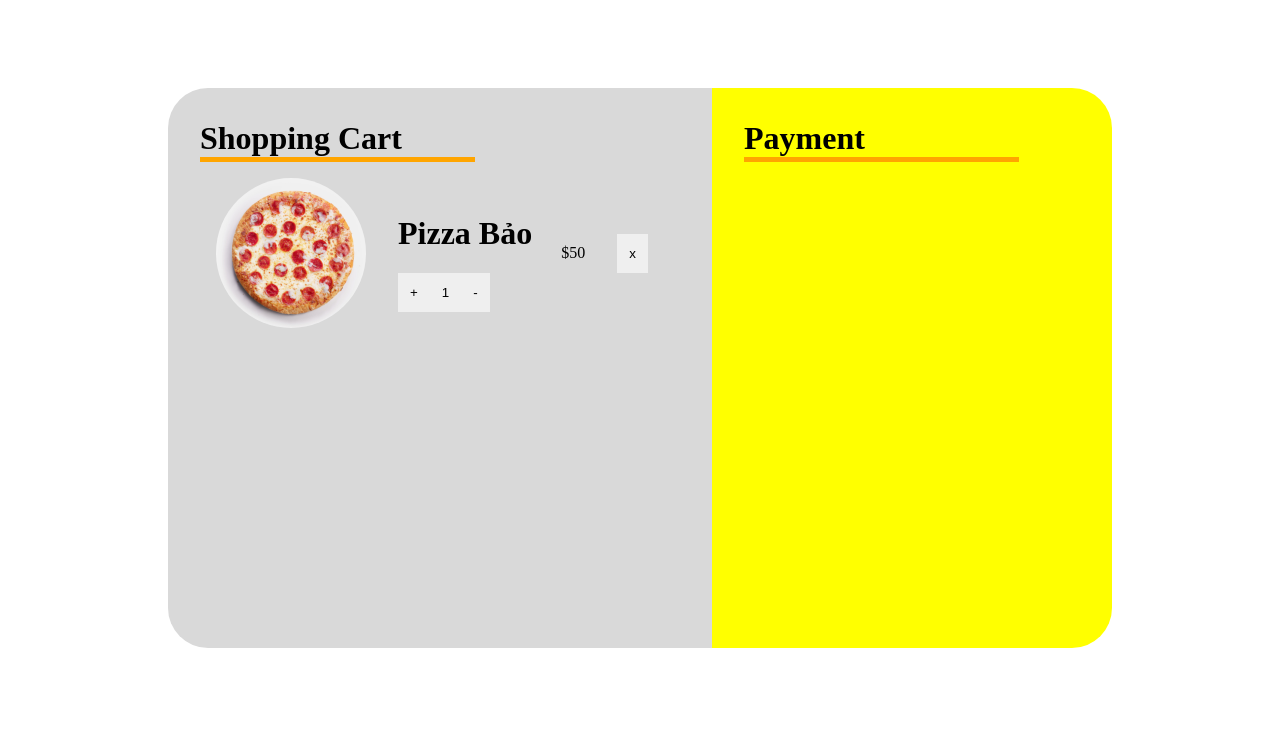
Repository: NDBaoFE/pizza-ordering-hiep
Page: /checkout
These files come from the project's save history. The page is drawn as it stood at one moment and after the next save; the edit follows.
The browser window is 1280 px wide. The pictures show the whole page.
The project was rebuilt for these pictures with package versions that can differ from the ones it lists, and the page was loaded fresh each time.

Above is the page before, as saved 2022-08-27 22:14:46.

### public/index.html
<!DOCTYPE html>
<html lang="en">
  <head>
    <meta charset="utf-8" />
    <link rel="icon" href="%PUBLIC_URL%/avatar.png" />
    <meta name="viewport" content="width=device-width, initial-scale=1" />
    <meta name="theme-color" content="#000000" />
    <link rel="apple-touch-icon" href="%PUBLIC_URL%/avatar.png" />
    <title>Pizza Ordering</title>
  </head>
  <body>
    <noscript>You need to enable JavaScript to run this app.</noscript>
    <div id="root"></div>
  </body>
</html>

### src/App.js
import RouterComponent from './router'

function App() {
  return <>{RouterComponent}</>
}

export default App

### src/router/index.js
import { BrowserRouter, Routes, Route } from 'react-router-dom'
import Checkout from '../pages/Checkout'

const privateRoutes = [{ name: 'checkout', path: '/checkout', element: <Checkout /> }]

const RouterComponent = (
  <BrowserRouter>
    <Routes>
      {privateRoutes.map((route) => (
        <Route key={route.name} path={route.path} element={route.element} />
      ))}
    </Routes>
  </BrowserRouter>
)

export default RouterComponent

### src/pages/Checkout/index.jsx
import React from 'react'
import * as Styled from './Checkout.styled'
import pizza from '../../assets/pizza.jpg'

const Checkout = (props) => {
  return (
    <Styled.Background>
      <Styled.Cart>
        <Styled.Header>Shopping Cart</Styled.Header>
        <Styled.List>
          <Styled.Item>
            <Styled.Image src={pizza} />
            <Styled.Info>
              <Styled.PizzaName>Pizza Bảo</Styled.PizzaName>
              <div>
                <Styled.Button>+</Styled.Button>
                <Styled.Button>1</Styled.Button>
                <Styled.Button>-</Styled.Button>
              </div>
            </Styled.Info>
            <Styled.Price>$50</Styled.Price>
            <Styled.CloseButton>x</Styled.CloseButton>
          </Styled.Item>
        </Styled.List>
      </Styled.Cart>
      <Styled.Payment>
        <Styled.Header>Payment</Styled.Header>
      </Styled.Payment>
    </Styled.Background>
  )
}

Checkout.propTypes = {}

export default Checkout

### src/pages/Checkout/Checkout.styled.js
import styled from 'styled-components'

export const Background = styled.div`
  box-sizing: border-box;
  width: 100%;
  height: 100vh;
  padding: 5rem 10rem;
  display: flex;
  overflow-y: hidden;

  & button {
    padding: 0.75rem;
    border: none;
    cursor: pointer;
  }
`
export const Cart = styled.div`
  padding: 2rem;
  display: block;
  background-color: #d9d9d9;
  flex: 1;
  border-top-left-radius: 40px;
  border-bottom-left-radius: 40px;
`
export const Payment = styled.div`
  box-sizing: border-box;
  padding: 2rem;
  min-width: 400px;
  background-color: yellow;
  border-top-right-radius: 40px;
  border-bottom-right-radius: 40px;
`

export const Header = styled.header`
  font-size: 2rem;
  font-weight: 700;

  &::after {
    content: '';
    display: block;
    width: 275px;
    height: 5px;
    background-color: orange;
  }
`

export const List = styled.ul`
  list-style: none;
  padding: 0;
`

export const Item = styled.li`
  display: flex;
  align-items: center;
  margin: 1rem;
`

export const Image = styled.img`
  margin-right: 2rem;
  border-radius: 50%;

  width: 150px;
`
export const Info = styled.div`
  flex: 1;
`
export const PizzaName = styled.h1``
export const Button = styled.button``
export const Price = styled.span`
  margin: 0 1rem;
`
export const CloseButton = styled.button`
  margin: 0 1rem;
`

Loaded but not shown: src/index.js (common file)

After the next save:
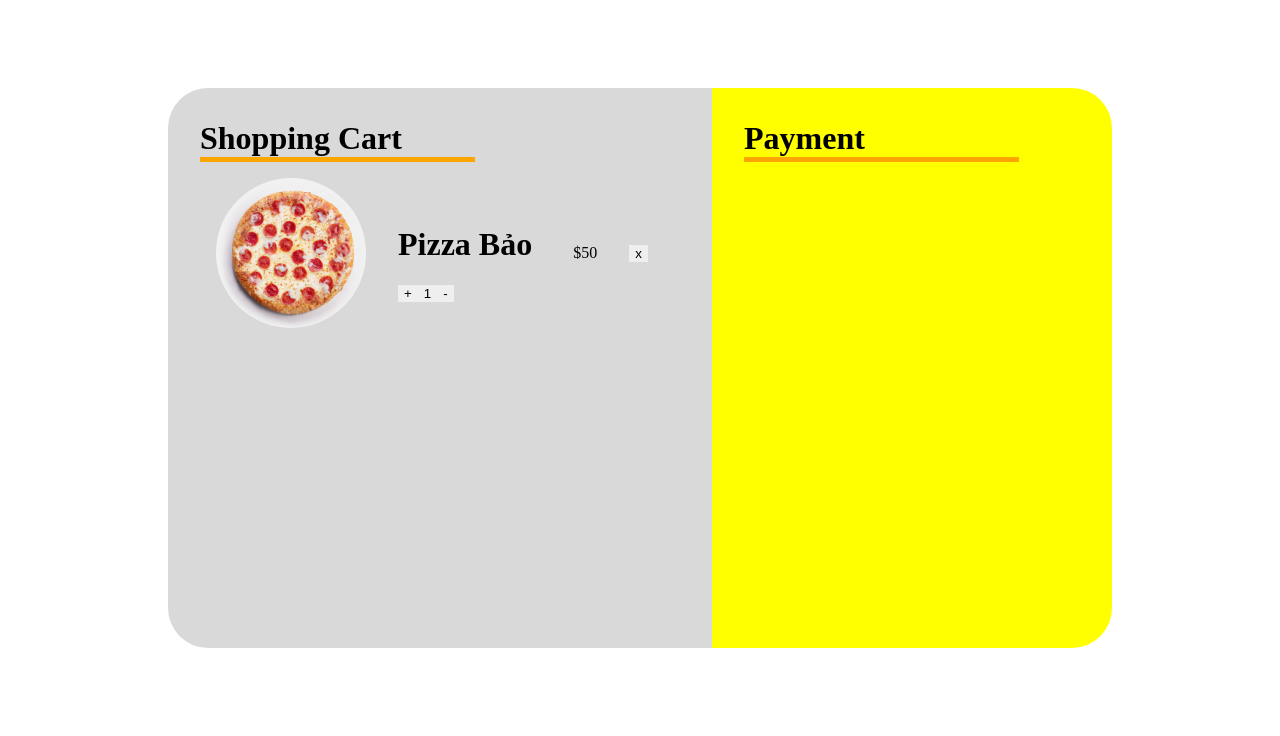
Saved 12 s later.
--- a/src/pages/Checkout/Checkout.styled.js
+++ b/src/pages/Checkout/Checkout.styled.js
@@ -8,10 +8,11 @@
   display: flex;
   overflow-y: hidden;
 
-  & button {
+  & button {2px
     padding: 0.75rem;
     border: none;
     cursor: pointer;
+    border-radius: ;
   }
 `
 export const Cart = styled.div`

After the save that followed:
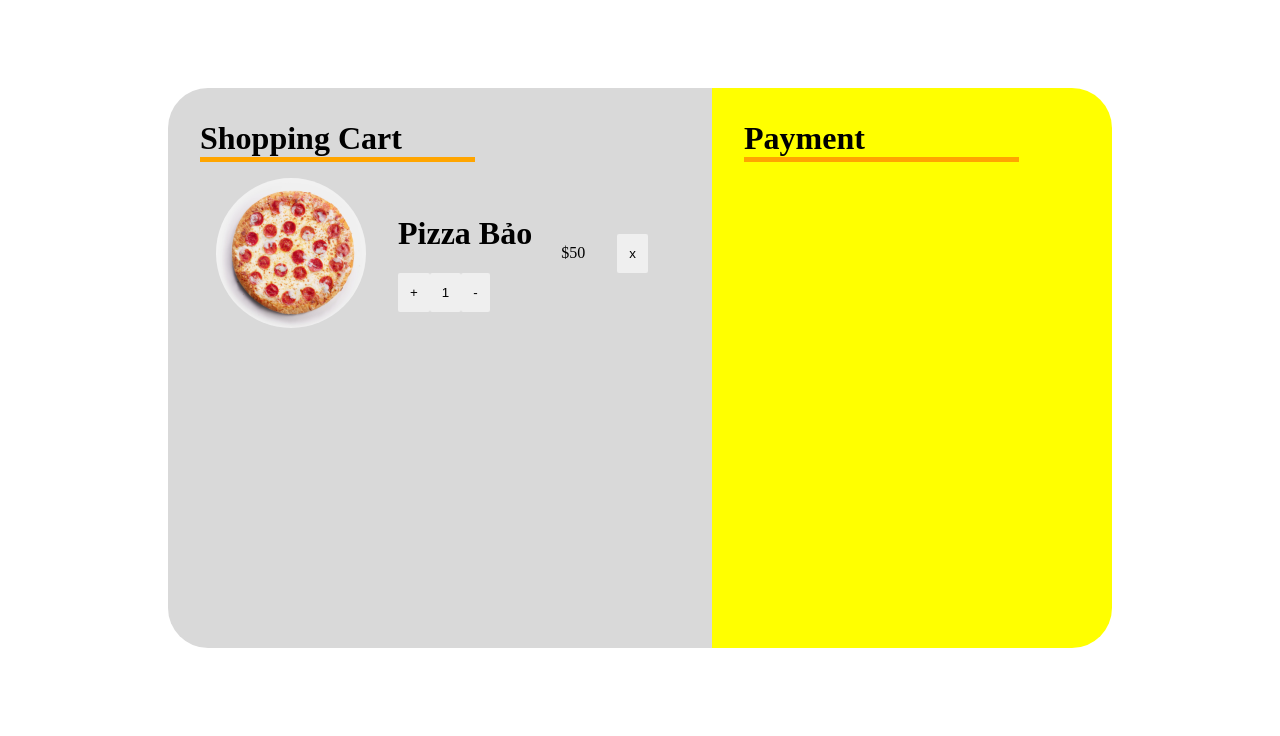
Saved 6 s later.
--- a/src/pages/Checkout/Checkout.styled.js
+++ b/src/pages/Checkout/Checkout.styled.js
@@ -8,11 +8,11 @@
   display: flex;
   overflow-y: hidden;
 
-  & button {2px
+  & button {
     padding: 0.75rem;
     border: none;
     cursor: pointer;
-    border-radius: ;
+    border-radius: 2px;
   }
 `
 export const Cart = styled.div`
